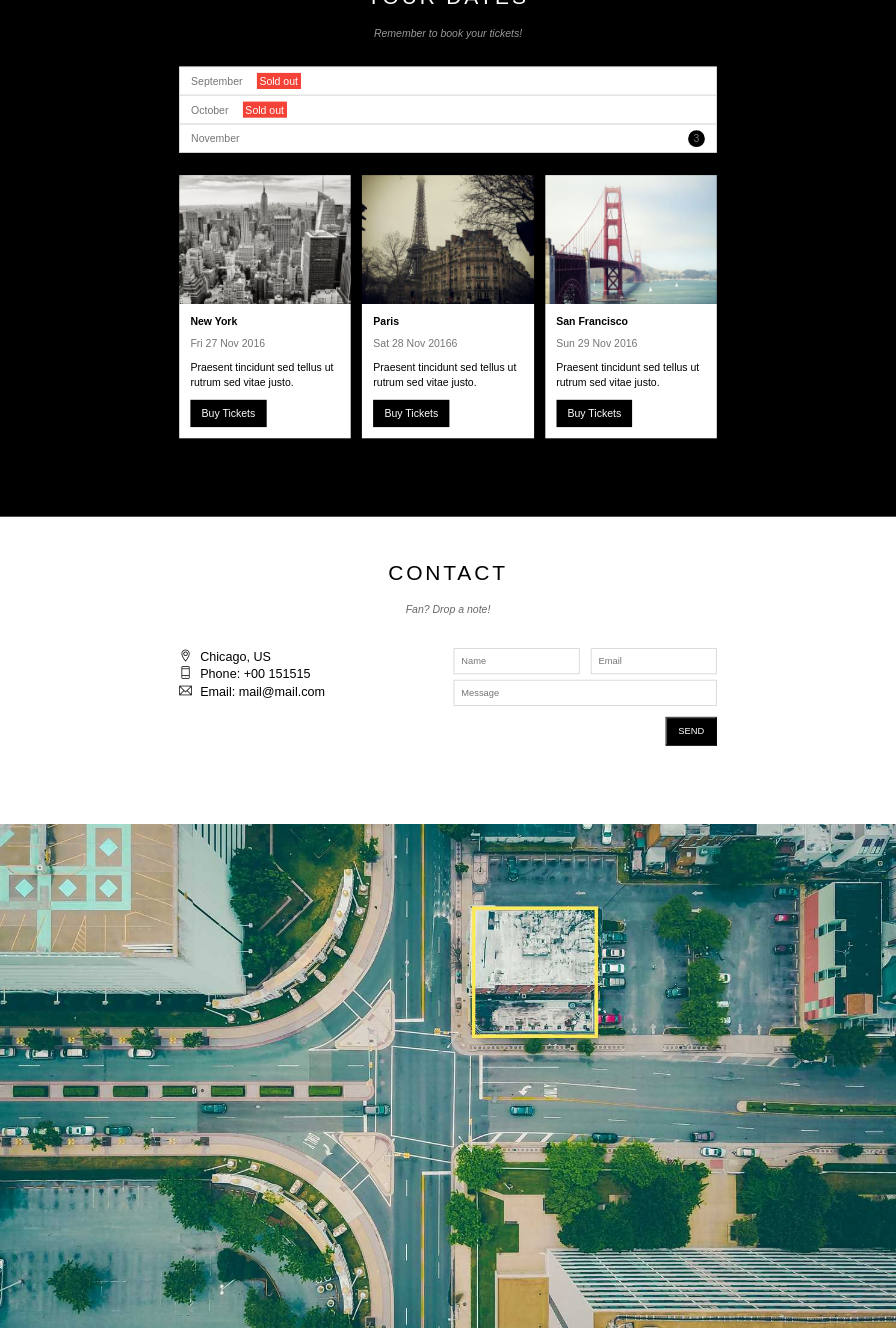
Repository: BrandonTuan777/The_Band
Page: index.html
An editor plug-in stored every save of this project. The page is shown before and after the next save, followed by the edit.
The browser window is 1280 px wide. The pictures show the part of the page from y = 1433 to 3353 px (the page is 3524 px tall before and 4593 px after), at 70% of full size.

Above is the page before, as saved 2022-04-12 21:29:08.

### index.html
<!DOCTYPE html>
<html lang="en">
  <head>
    <meta charset="UTF-8" />
    <meta http-equiv="X-UA-Compatible" content="IE=edge" />
    <meta name="viewport" content="width=device-width, initial-scale=1.0" />
    <title>The Band</title>
    <link
      rel="shortcut icon"
      type="image/jpg"
      href="./assets/img/favicon/01d1b4547ce03c3ec499c827caac4a72.jpg"
    />
    <link rel="stylesheet" href="./assets/css/styles.css" />
    <link rel="stylesheet" href="./assets/css/responsive.css" />

    <link
      rel="stylesheet"
      href="./assets//fonts/themify-icons/themify-icons.css"
    />
  </head>
  <body>
    <div id="main">
      <div id="header">
        <!-- Begin:Nav -->
        <ul id="nav">
          <li><a href="#">Home</a></li>
          <li><a href="#band">Band</a></li>
          <li><a href="#tour">Tour</a></li>
          <li><a href="#contact">Contact</a></li>
          <li>
            <a href="#">
              More
              <i class="nav-arrow-down ti-angle-down"></i>
            </a>
            <ul class="subnav">
              <li><a href="#">Merchandise</a></li>
              <li><a href="#">Extras</a></li>
              <li><a href="#">Media</a></li>
            </ul>
          </li>
        </ul>
        <!-- End:Nav -->

        <!-- Begin:Search button -->
        <div class="search-btn">
          <i class="search-icon ti-search"></i>
        </div>

        <div id="mobile-menu" class="mobile-menu-btn">
          <i class="menu-icon ti-menu"></i>
        </div>
        <!-- End:Search button -->
      </div>

      <div id="slider">
        <div class="text-content">
          <h2 class="text-heading">New York</h2>
          <div class="text-description">
            The atmosphere in New York is lorem ipsum.
          </div>
        </div>
      </div>

      <div id="content">
        <!--About section  -->
        <div id="band" class="content-section">
          <h2 class="section-heading">THE BAND</h2>
          <p class="section-sub-heading">We love music</p>
          <p class="about-text">
            We have created a fictional band website. Lorem ipsum dolor sit
            amet, consectetur adipiscing elit, sed do eiusmod tempor incididunt
            ut labore et dolore magna aliqua. Ut enim ad minim veniam, quis
            nostrud exercitation ullamco laboris nisi ut aliquip ex ea commodo
            consequat. Duis aute irure dolor in reprehenderit in voluptate velit
            esse cillum dolore eu fugiat nulla pariatur. Excepteur sint occaecat
            cupidatat non proident, sunt in culpa qui officia deserunt mollit
            anim id est laborum consectetur adipiscing elit, sed do eiusmod
            tempor incididunt ut labore et dolore magna aliqua. Ut enim ad minim
            veniam, quis nostrud exercitation ullamco laboris nisi ut aliquip ex
            ea commodo consequat.
          </p>
          <div class="row member-list">
            <div class=" member-item text-center col  col-third ">
            <p class="member-name">Name</p>
              <img
                class="member-img"
                src="./assets/img/team/member1.jpg"
                alt=""
              />
            </div>
            <div class=" member-item text-center col  col-third ">
              <p class="member-name">Name</p>
              <img
                class="member-img"
                src="./assets/img/team/member1.jpg"
                alt=""
              />
            </div>
            <div class=" member-item text-center col  col-third ">
              <p class="member-name">Name</p>
              <img
                class="member-img"
                src="./assets/img/team/member1.jpg"
                alt=""
              />
            </div>
          </div>
        </div>
        <!-- Tour section -->
        <div id="tour" class="tour-section">
          <div class="content-section">
            <h2 class="section-heading text-white">TOUR DATES</h2>
            <p class="section-sub-heading text-white">
              Remember to book your tickets!
            </p>
            <!-- Tickets -->
            <ul class="ticket-list">
              <li>September <span class="sold-out">Sold out</span></li>
              <li>October <span class="sold-out">Sold out</span></li>
              <li>November <span class="quantity">3</span></li>
            </ul>

            <!-- Places -->
            <div class="row places-list">
              <div class="col s-col-full col-third mt-16">
                <img
                  src="./assets/img/places/places1.jpg"
                  alt=""
                  class="place-img"
                />
                <div class="place-body">
                  <h3 class="place-heading">New York</h3>
                  <p class="place-time">Fri 27 Nov 2016</p>
                  <p class="place-description">
                    Praesent tincidunt sed tellus ut rutrum sed vitae justo.
                  </p>
                  <a href="#" class="btn">Buy Tickets</a>
                </div>
              </div>
              <div class="col s-col-full col-third mt-16">
              <img
                  src="./assets/img/places/places2.jpg"
                  alt=""
                  class="place-img"
                />
                <div class="place-body">
                  <h3 class="place-heading">Paris</h3>
                  <p class="place-time">Sat 28 Nov 20166</p>
                  <p class="place-description">
                    Praesent tincidunt sed tellus ut rutrum sed vitae justo.
                  </p>
                  <a href="#" class="btn">Buy Tickets</a>
                </div>
              </div>
              <div class="col s-col-full col-third mt-16">
              <img
                  src="./assets/img/places/places3.jpg"
                  alt=""
                  class="place-img"
                />
                <div class="place-body">
                  <h3 class="place-heading">San Francisco</h3>
                  <p class="place-time">Sun 29 Nov 2016</p>
                  <p class="place-description">
                    Praesent tincidunt sed tellus ut rutrum sed vitae justo.
                  </p>
                  <a href="#" class="btn">Buy Tickets</a>
                </div>
              </div>
            </div>
          </div>
        </div>
        <!--Begin: Contact section -->
        <div id="contact" class="content-section">
          <h2 class="section-heading">CONTACT</h2>
          <p class="section-sub-heading">Fan? Drop a note!</p>
          <div class="row contact-content">
            <div class="col col-half contact-info">
              <p><i class="ti-location-pin"></i>Chicago, US</p>
              <p><i class="ti-mobile"></i>Phone: +00 151515</p>
              <p><i class="ti-email"></i>Email: mail@mail.com</p>
            </div>
            <div class="col col-half contact-form">
              <form action="">
                <div class="row">
                  <div class="col col-half">
                    <input
                      type="text"
                      name=""
                      id=""
                      required
                      placeholder="Name"
                      class="form-control"
                    />
                  </div>
                  <div class="col col-half">
                    <input
                      type="email"
                      name=""
                      id=""
                      required
                      placeholder="Email"
                      class="form-control"
                    />
                  </div>
                </div>
                <div class="row mt-8">
                  <div class="col col-full">
                    <input
                      type="text"
                      name=""
                      id=""
                      required
                      placeholder="Message"
                      class="form-control"
                    />
                  </div>
                </div>
                <input
                  class="pull-rigth btn mt-16"
                  type="submit"
                  value="SEND"
                />
              </form>
            </div>
          </div>
        </div>
        <!--End: Contact section -->
        <div class="map-section">
          <img src="./assets/img/map/map.jpg" alt="" />
        </div>
      </div>
      <!-- Footer -->
      <div id="footer">
        <div class="social">
          <a href=""><i class="ti-facebook"></i></a>
          <a href=""><i class="ti-instagram"></i></a>
          <a href=""><i class="ti-youtube"></i></a>
          <a href=""><i class="ti-pinterest"></i></a>
          <a href=""><i class="ti-twitter-alt"></i></a>
          <a href=""><i class="ti-linkedin"></i></a>
        </div>
        <p class="copy-right">
          Powered by
          <a href="https://www.w3schools.com/w3css/default.asp" target="_blank"
            >w3.css</a
          >
        </p>
      </div>
    </div>
    <script>
      var header = document.getElementById("header");
      var mobileMenu = document.getElementById("mobile-menu");
      var headerHeight = header.clientHeight;

      // Đóng mở mobile menu
      mobileMenu.onclick = () => {
        var isClosed = header.clientHeight === headerHeight;
        if (isClosed) {
          header.style.height = "auto";
        } else {
          header.style.height = null;
        }
      };
      //Tự động đóng
      var menuItems = document.querySelectorAll('#nav li a[href*="#"]');
      console.log(menuItems);

      for (var i = 0; i < menuItems.length; i++) {
        var menuItem = menuItems[i];

        console.log(menuItem);
        menuItem.onclick = function () {
          var isParentMenu =  this.nextElementSibling &&  this.nextElementSibling.classList.contains("subnav");
          if (isParentMenu) {
            event.preventDefault();
          } else {
            header.style.height = null;
          }
        };
      }
    </script>
  </body>
</html>

### assets/css/styles.css
/* Reset CSS */
* {
  padding: 0;
  margin: 0;
  box-sizing: border-box;
}

html {
  font-family: Arial, Helvetica, sans-serif;
  scroll-behavior: smooth;
}

/* Common */
.clear {
  clear: both;
}

.text-white {
  color: #fff !important;
}

.row {
  margin-left: -8px;
  margin-right: -8px;
}

.row::after {
  content: "";
  display: block;
  clear: both;
}

.col-half {
  width: 50%;
}

.col-full {
  width: 100%;
}

.col {
  float: left;
  padding-left: 8px;
  padding-right: 8px;
}

.col-third {
  width: 33.333%;
}

.text-center {
  text-align: center !important;
}

.mt-8 {
  margin-top: 8px !important;
}

.mt-16 {
  margin-top: 16px !important;
}

.btn {
  color: #fff;
  background-color: #000;
  text-decoration: none;
  padding: 11px 16px;
  display: inline-block;
  margin-top: 15px;
}

.btn:hover {
  color: #000;
  background-color: #757575;
  border: none;
}

.pull-rigth {
  float: right !important;
}

/* Main */
#main {
}

#header {
  position: fixed;
  top: 0;
  left: 0;
  right: 0;
  height: 46px;
  background-color: #000;
  z-index: 1;

}

#nav {
  display: inline-block;
}

#nav,
.subnav {
  list-style: none;
}

#nav > li {
  display: inline-block;
}

#nav li {
  position: relative;
}

#nav > li > a {
  color: white;
  text-transform: uppercase;
}

#nav li a {
  text-decoration: none;
  line-height: 46px;
  padding: 0 24px;
  display: block;
}

#nav li:hover .subnav {
  display: block;
}

#nav .subnav li:hover a,
#nav > li:hover > a {
  color: #000;
  background-color: #ccc;
}

#nav .subnav {
  display: none;
  min-width: 160px;
  top: 100%;
  left: 0;
  position: absolute;
  background-color: #fff;
  box-shadow: 0 0 10px rgba(0, 0, 0, 0.3);
}

#nav .subnav a {
  color: #000;
  padding: 0 12px;
  line-height: 38px;
}

#nav .nav-arrow-down {
  font-size: 11px;
}

#header .mobile-menu-btn {
  position: absolute;
  top: 0;
  right: 0;
  display: none;
}

#header .mobile-menu-btn,
#header .search-btn {
  float: right;
  padding: 0 21px;
}

#header .search-btn:hover {
  background-color: red;
  cursor: pointer;
}

#header .mobile-menu-btn:hover {
  background-color: #ccc;
}

#header .mobile-menu-btn:hover .menu-icon {
  color: #000;
}

#header .menu-icon,
#header .search-icon {
  color: #ccc;
  font-size: 20px;
  line-height: 46px;
}

#slider {
  position: relative;
  margin-top: 46px;
  padding-top: 50%;
  background: url("/assets/img/slider/slider1.jpg") top center / cover no-repeat;
}

#slider .text-content {
  position: absolute;
  bottom: 47px;
  color: #fff;
  text-align: center;
  /* transform: translateX(-50%);
  left: 50%; */
  width: 100%;
}

#slider .text-heading {
  font-weight: 500;
  font-size: 25px;
}

#slider .text-description {
  font-size: 15px;
  margin-top: 25px;
}

#content {
}

#content .content-section {
  width: 800px;
  max-width: 100%;
  padding: 64px 0 112px;
  margin-left: auto;
  margin-right: auto;
  padding-left: 16px;
  padding-right: 16px;
}

#content .section-heading {
  font-size: 30px;
  text-align: center;
  font-weight: 500;
  letter-spacing: 4px;
}
#content .section-sub-heading {
  font-size: 15px;
  text-align: center;
  margin-top: 25px;
  font-style: italic;
  opacity: 0.6;
}

#content .about-text {
  margin-top: 25px;
  font-size: 15px;
  text-align: justify;
  line-height: 1.4;
}

#content .member-list {
  margin-top: 48px;
}

#content .member-item {
  text-align: center;
}

#content .member-name {
  font-size: 15px;
}

#content .member-img {
  width: 154px;
  margin-top: 15px;
  border-radius: 4px;
}

/* Tour section */
.tour-section {
  background-color: #000;
}

.ticket-list {
  margin-top: 40px;
  background-color: #fff;
}

.ticket-list li {
  font-size: 15px;
  padding: 11px 16px;
  border: 1px solid #ddd;
  color: #757575;
  list-style: none;
}

.ticket-list .sold-out {
  background-color: #f44336 !important;
  color: #fff;
  padding: 3px 4px;
  margin-left: 16px;
}

.ticket-list .quantity {
  float: right;
  width: 24px;
  height: 24px;
  background-color: #000;
  border-radius: 50%;
  text-align: center;
  line-height: 24px;
  margin-top: -3px;
}

/* Places */

.places-list {
  margin-top: 16px;
}
.place-img {
  width: 100%;
  display: block;
}
.place-img:hover {
  opacity: 0.6;
}
.place-body {
  padding: 16px;
  font-size: 15px;
  background-color: #fff;
}
.place-heading {
  font-size: 15px;
  font-weight: 600;
}
.place-time {
  margin-top: 15px;
  color: #757575;
}
.place-description {
  margin-top: 15px;
  line-height: 1.4;
}

/* Contact form */

.contact-content {
  margin-top: 48px;
}

.contact-info {
  font-size: 18px;
  line-height: 1.4;
}
.contact-info i[class*="ti-"] {
  width: 30px;
  display: inline-block;
}

.contact-form {
  font-size: 15px;
}

.contact-form .form-control {
  border: 1px solid #ccc;
  width: 100%;
  padding: 10px;
}

/* Map section */

.map-section img {
  width: 100%;
}

#footer {
  padding: 64px 16px;
  text-align: center;
}

#footer .social {
  font-size: 20px;
  margin-bottom: 20px;
}

#footer .social a {
  color: rgba(0, 0, 0, 0.6);
  text-decoration: none;
}

#footer .copy-right:hover,
#footer .social a:hover {
  color: rgba(0, 0, 0, 0.4);
}

#footer .copy-right {
  color: rgba(0, 0, 0, 0.6);
}

#footer .copy-right a {
  color: rgba(0, 0, 0, 0.6);
}

### assets/css/responsive.css
/* PC */
@media (min-width: 1024px) {
}
/* Tablet */
@media (min-width: 740px) and (max-width: 1023px) {
}
/* Mobile */

@media (max-width: 740px) {
  #header {
    overflow: hidden;
  }
  #header .mobile-menu-btn {
    display: block;
  }
  #nav li a {
    padding: 1px 24px;
  }

  #header .search-btn {
    display: none;
  }

  #nav {
    display: block;
  }

  #nav > li {
    display: block;
  }
  #nav > li:first-child {
    display: inline-block;
  }
  #nav .subnav {
    position: initial;
    background-color: #333;
  }
  #nav .subnav a {
    color: #fff;
    padding: 5px 41px;
  }

  #content .member-item{
      margin-top: 30px;
      width: 100%;
  }
  #content .member-img{
      width: 60%;
  }
  s-col-full{
      width: 100%;
  }

}

Loaded but not shown: assets/fonts/themify-icons/themify-icons.css (common file)

After the next save:
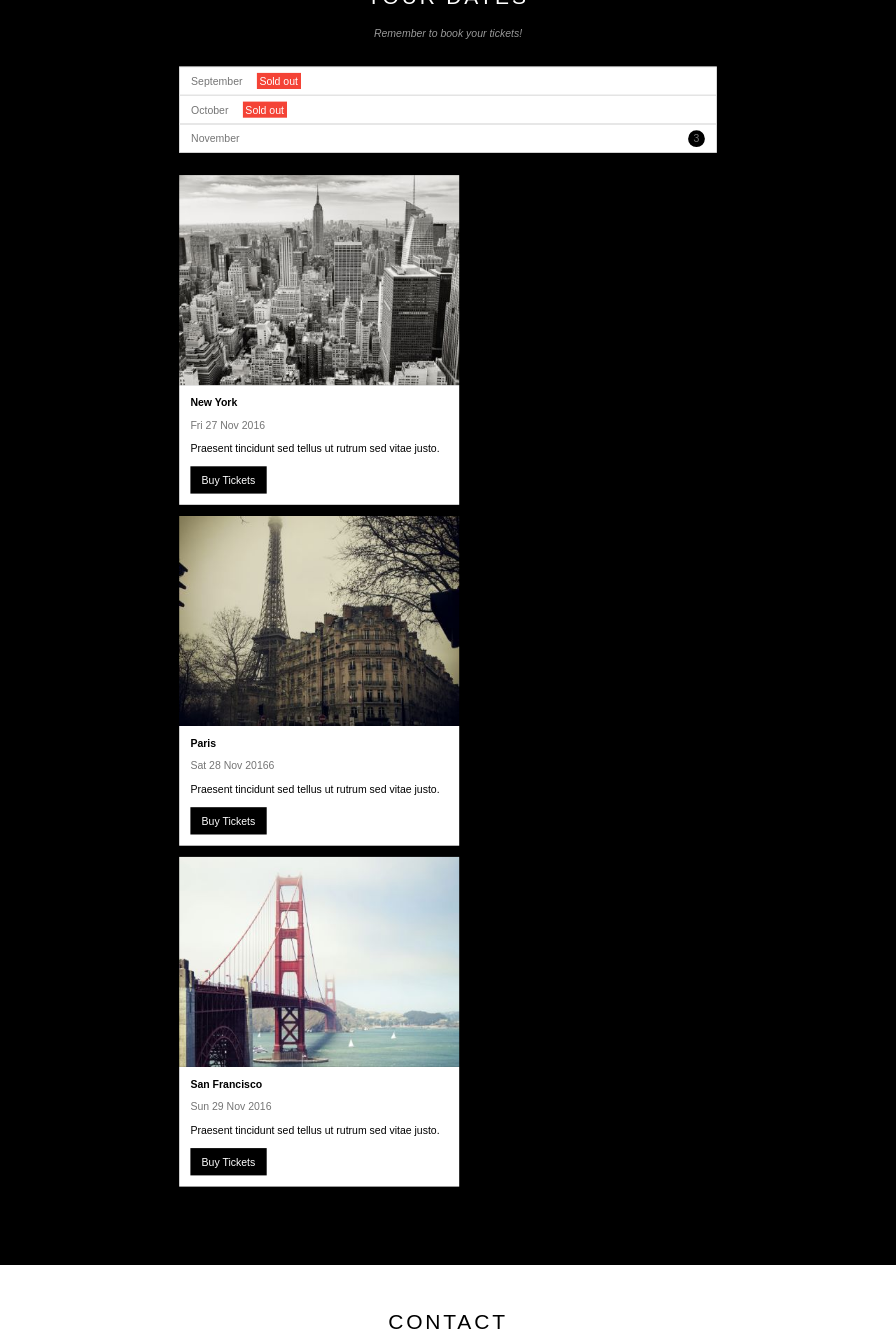
Saved 34 s later.
--- a/index.html
+++ b/index.html
@@ -122,7 +122,7 @@
 
             <!-- Places -->
             <div class="row places-list">
-              <div class="col s-col-full col-third mt-16">
+              <div class="col s-col-fullcol-third mt-16">
                 <img
                   src="./assets/img/places/places1.jpg"
                   alt=""
@@ -137,7 +137,7 @@
                   <a href="#" class="btn">Buy Tickets</a>
                 </div>
               </div>
-              <div class="col s-col-full col-third mt-16">
+              <div class="col s-col-fullcol-third mt-16">
               <img
                   src="./assets/img/places/places2.jpg"
                   alt=""
@@ -152,7 +152,7 @@
                   <a href="#" class="btn">Buy Tickets</a>
                 </div>
               </div>
-              <div class="col s-col-full col-third mt-16">
+              <div class="col s-col-fullcol-third mt-16">
               <img
                   src="./assets/img/places/places3.jpg"
                   alt=""

After the 2 saves that followed:
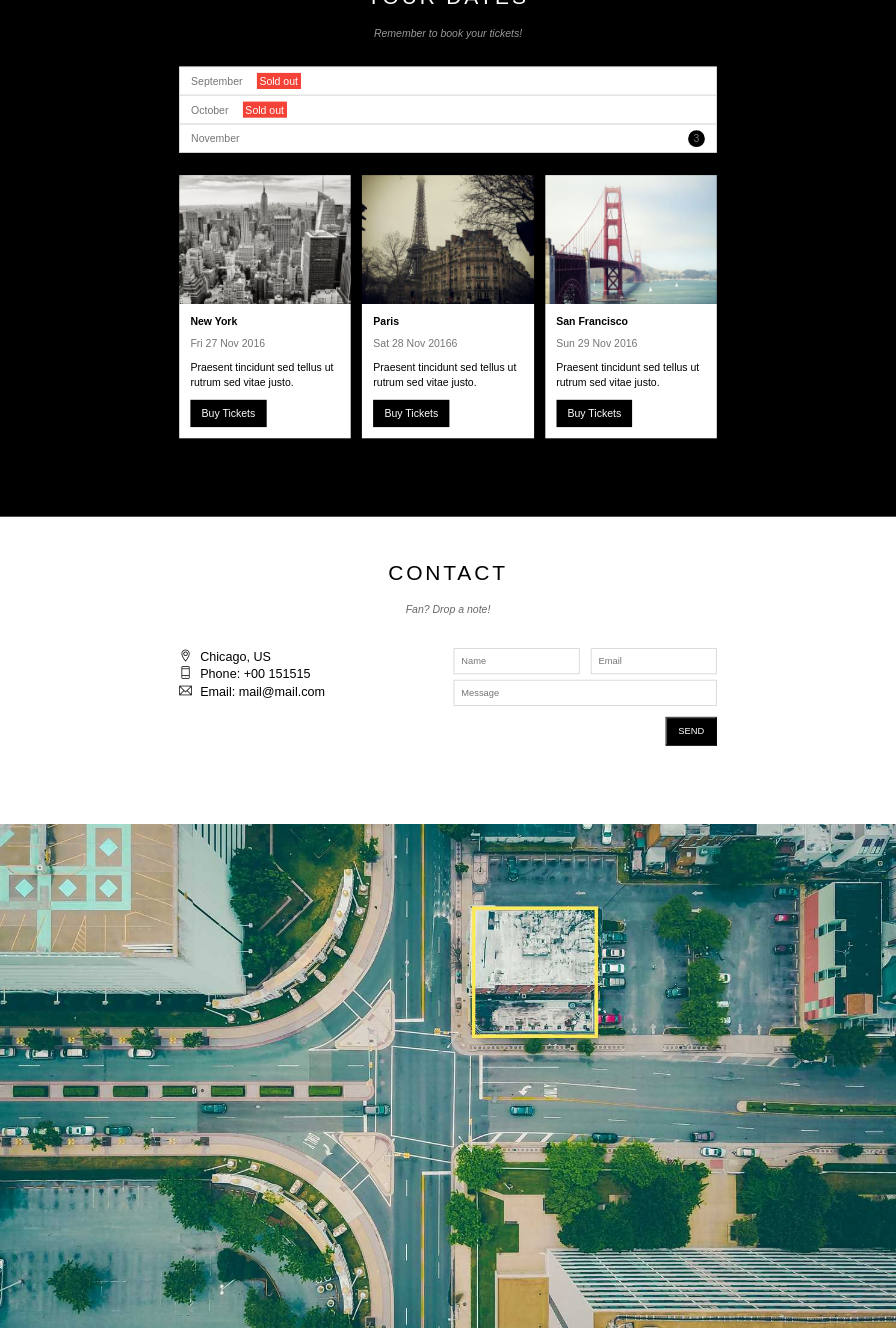
The 2 saves are shown as one change because 1 left the picture as it was.
The last was saved 21 s later.
--- a/index.html
+++ b/index.html
@@ -122,7 +122,7 @@
 
             <!-- Places -->
             <div class="row places-list">
-              <div class="col s-col-fullcol-third mt-16">
+              <div class="col s-col-full col-third mt-16">
                 <img
                   src="./assets/img/places/places1.jpg"
                   alt=""
@@ -137,7 +137,7 @@
                   <a href="#" class="btn">Buy Tickets</a>
                 </div>
               </div>
-              <div class="col s-col-fullcol-third mt-16">
+              <div class="col s-col-full col-third mt-16">
               <img
                   src="./assets/img/places/places2.jpg"
                   alt=""
@@ -152,7 +152,7 @@
                   <a href="#" class="btn">Buy Tickets</a>
                 </div>
               </div>
-              <div class="col s-col-fullcol-third mt-16">
+              <div class="col s-col-full col-third mt-16">
               <img
                   src="./assets/img/places/places3.jpg"
                   alt=""
--- a/assets/css/responsive.css
+++ b/assets/css/responsive.css
@@ -47,7 +47,7 @@
   #content .member-img{
       width: 60%;
   }
-  s-col-full{
+  .s-col-full{
       width: 100%;
   }
 
